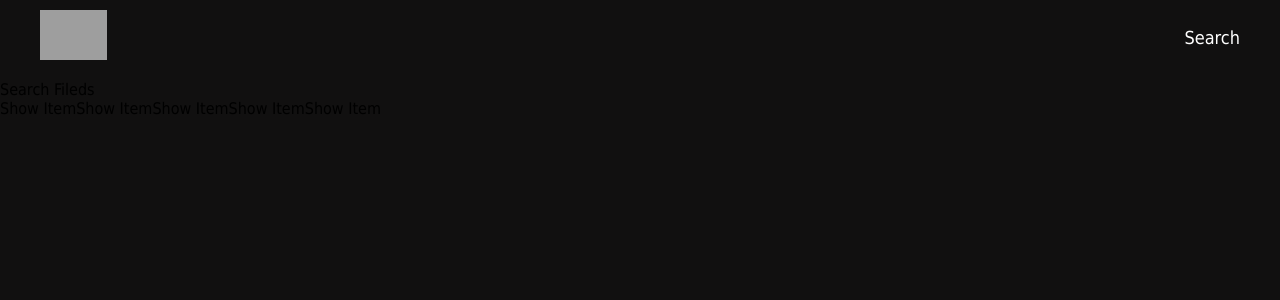
Repository: ahmedhamed15/React-Movies-App
Page: /#/search
An editor plug-in stored every save of this project. The page is shown before and after the next save, followed by the edit.
The browser window is 1280 px wide. The pictures show the whole page.
Pictures or frames that could not be fetched are drawn as grey boxes. The project was rebuilt for these pictures with package versions that can differ from the ones it lists, and the page was loaded fresh each time. Also part of the build but not shown: src/Pages/HomePage.js, src/Components/Shows/Show.js, src/Pages/ShowPage.js.

Above is the page before, as saved 2021-07-18 20:47:30.

### src/index.js
import React from 'react';
import ReactDOM from 'react-dom';
import './assets/index.css';
import App from './App';

ReactDOM.render(<App />,document.getElementById('root'));

### src/assets/index.css
body {
  padding: 0;
  margin: 0;
  background-color: rgb(17, 16, 16);
  padding-top: 80px;
  font-family: 'tahoma', arial;
}
.row {
  display: flex;
  flex-direction: row;
  flex-wrap: wrap;
}
.container {
  max-width: 1200px;
  margin: auto;
}
header {
  padding: 10px 0;
  position: fixed;
  top: 0;
  left: 0;
  right: 0;
}
header .row {
  align-items: center;
  justify-content: space-between;
}
.col {
  flex: 0 0 auto;
}
a {
  text-decoration: none;
}
header img {
  height: 50px;
}
header a {
  color: white;
  font-size: 18px;
}

### src/App.js
import {BrowserRouter as Router, Switch, Route} from "react-router-dom";
import Header from "./Components/Layouts/Header";
import HomePage from "./Pages/HomePage";
import ShowPage from "./Pages/ShowPage";
import SearchPage from "./Pages/SearchPage";
function App() {
  return (
    <>
      <Router basename="/#">
        <Header />

        <Switch>
          <Route path="/" exact component={HomePage} />
          <Route path="/search" component={SearchPage} />
          <Route path="/show/:id" component={ShowPage} />
        </Switch>

      </Router>
    </>
  );
}

export default App;

### src/Components/Layouts/Header.js
import React from 'react';
import {Link, NavLink} from 'react-router-dom';
import Logo from '../../assets/images/logo.png';

const Header = () => {
    return (
         <header className="header">
             <div className="container">
                 <div className="row">
                    <div className="col">
                        <NavLink to="/"> <img src={Logo} alt="" /> </NavLink>
                    </div>
                    <div className="col">
                        <Link to="/search"> Search </Link>
                    </div>
                 </div>
             </div>
         </header>
    )
}

export default Header

### src/Pages/SearchPage.js
import React from 'react'
import Search from '../Components/Search/Search'
import ShowsList from '../Components/Shows/ShowsList'

const SearchPage = () => {
    return (
        <div>
            <Search size="small" />
            <ShowsList />
        </div>
    )
}
export default SearchPage;

### src/Components/Search/Search.js
import React from 'react'

const Search = () => {
    return (
        <div>
            Search Fileds
        </div>
    )
}

export default Search

### src/Components/Shows/ShowsList.js
import React from 'react'
import ShowItem from './ShowItem'

const ShowsList = () => {
    return (
        <>
            <ShowItem />
            <ShowItem />
            <ShowItem />
            <ShowItem />
            <ShowItem />
        </>
    )
}

export default ShowsList

### src/Components/Shows/ShowItem.js
import React from 'react'

const ShowItem = () => {
    return (
        <>
            Show Item
        </>
    )
}

export default ShowItem

Loaded but not shown: public/index.html (common file)

After the next save:
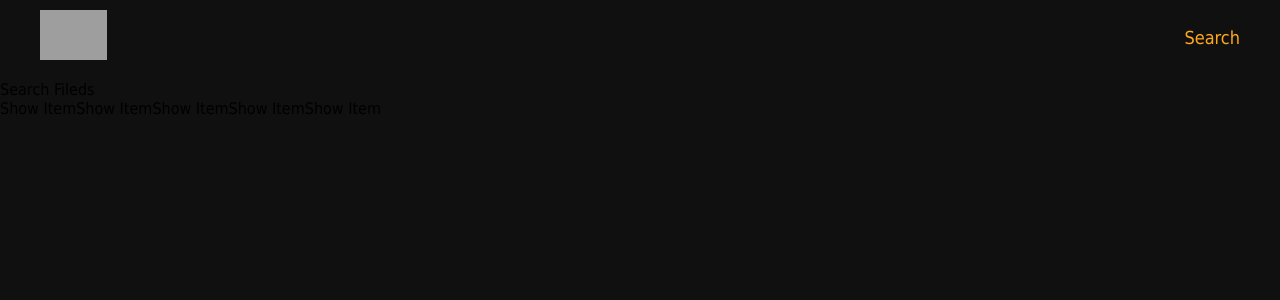
Saved 70 s later.
--- a/src/assets/index.css
+++ b/src/assets/index.css
@@ -37,4 +37,5 @@ header img {
 header a {
   color: white;
   font-size: 18px;
+  color: #FFA81E
 }
